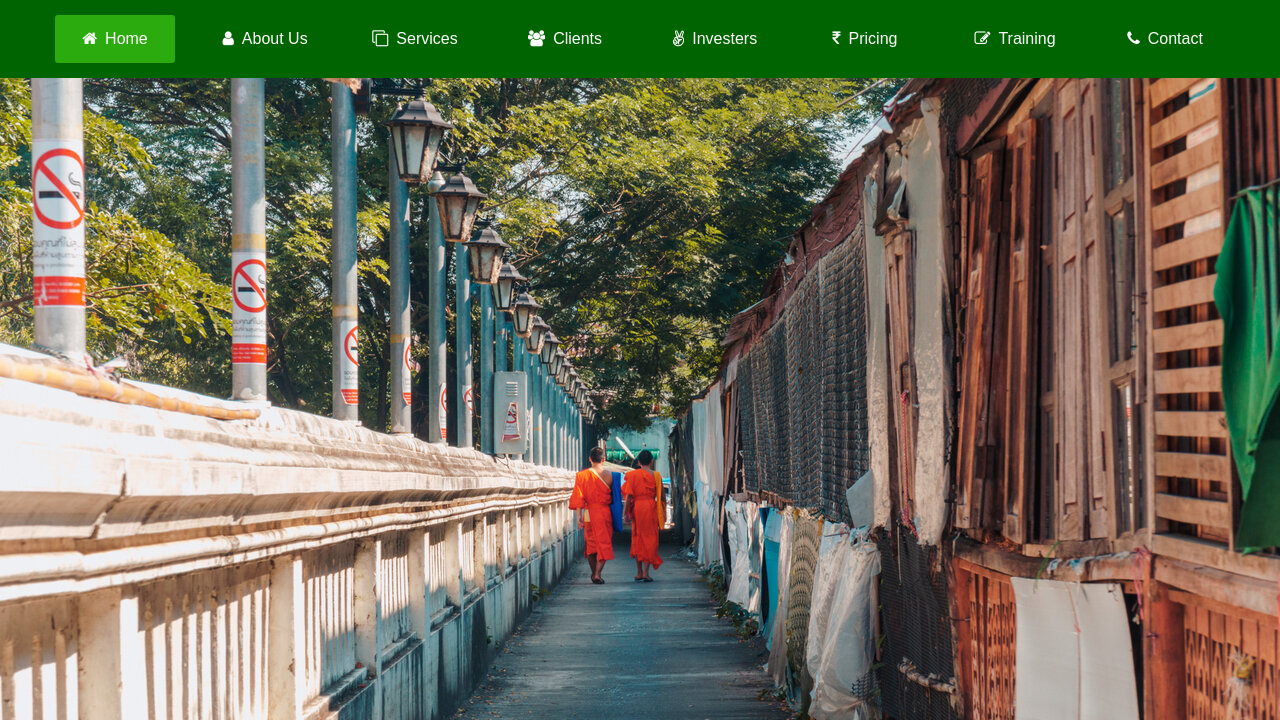
Repository: Alex-Serky/Dossier-Nav
Page: Nav-Nav/index.html
These files come from the project's save history. The page is drawn as it stood at one moment and after the next save; the edit follows.
The browser window is 1280 px wide. The pictures show the whole page.

Above is the page before, as saved 2020-02-21 02:19:36.

After the next save:
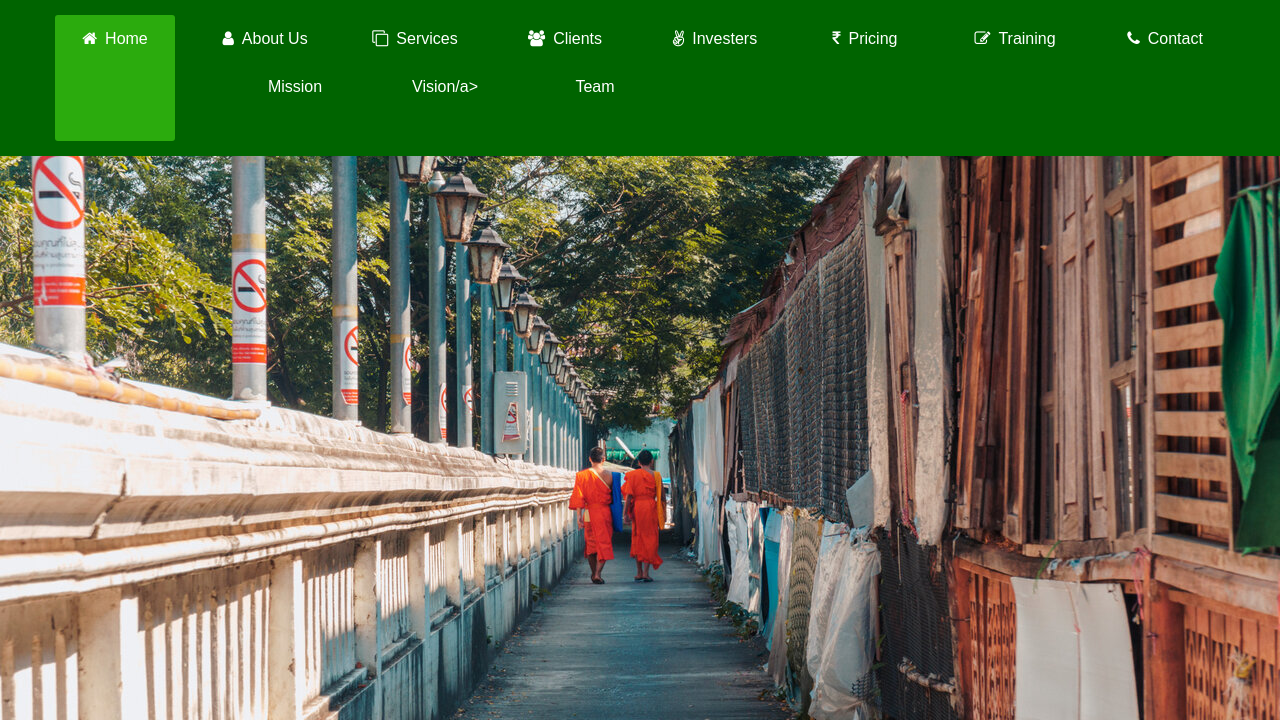
Saved 6 min 33 s later.
--- a/Nav-Nav/index.html
+++ b/Nav-Nav/index.html
@@ -13,7 +13,15 @@
     <div class="menu-bar">
         <ul>
             <li class="active"><a href="#"><i class="fa fa-home"></i>Home</a></li>
-            <li><a href="#"><i class="fa fa-user"></i>About Us</a></li>
+            <li><a href="#"><i class="fa fa-user"></i>About Us</a>
+                <div class="sub-menu">
+                    <ul>
+                        <li><a href="">Mission</a></li>
+                        <li><a href="">Vision/a></li>
+                        <li><a href="">Team</a></li>
+                    </ul>
+                </div>
+            </li>
             <li><a href="#"><i class="fa fa-clone"></i>Services</a></li>
             <li><a href="#"><i class="fa fa-users"></i>Clients</a></li>
             <li><a href="#"><i class="fa fa-angellist"></i>Investers</a></li>
